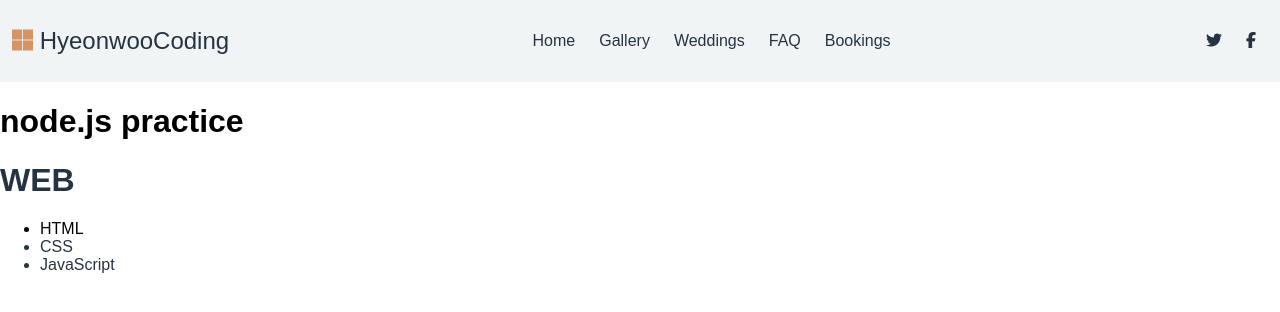
Repository: hhw12409/pracite-node.js
Page: http://localhost/
These files come from the project's save history. The page is drawn as it stood at one moment and after the next save; the edit follows.
The browser window is 1280 px wide. The pictures show the whole page.
Some web fonts or font styles are not loaded; a fallback is used. Some web libraries are served in a nearby version. The page is served by the project's Node server (server.js).

Above is the page before, as saved 2022-04-30 10:14:30.
Not found: main.js

After the next save:
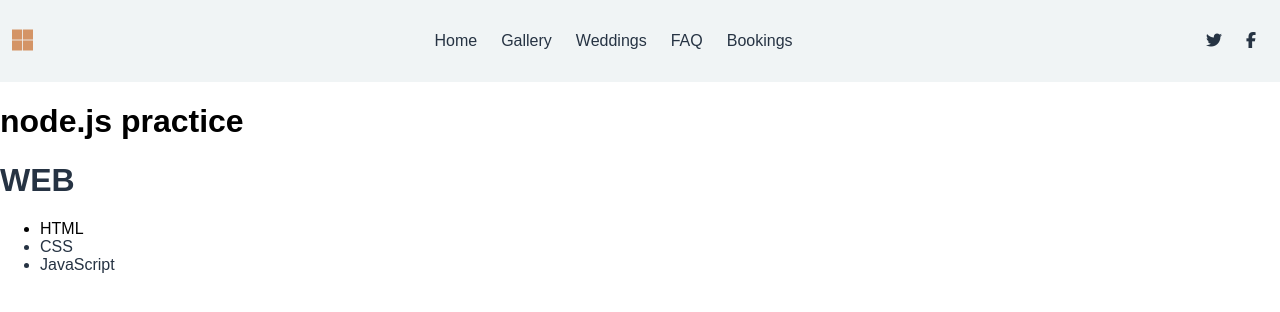
Saved 16 h 9 min later.
--- a/views/nav.html
+++ b/views/nav.html
@@ -19,7 +19,7 @@
     <nav class="navbar">
         <div class="navbar__logo">
             <i class="fab fa-microsoft"></i>
-            <a href="#">HyeonwooCoding</a>
+            <a href="/"></a>
         </div>
 
         <ul class="navbar__menu">
